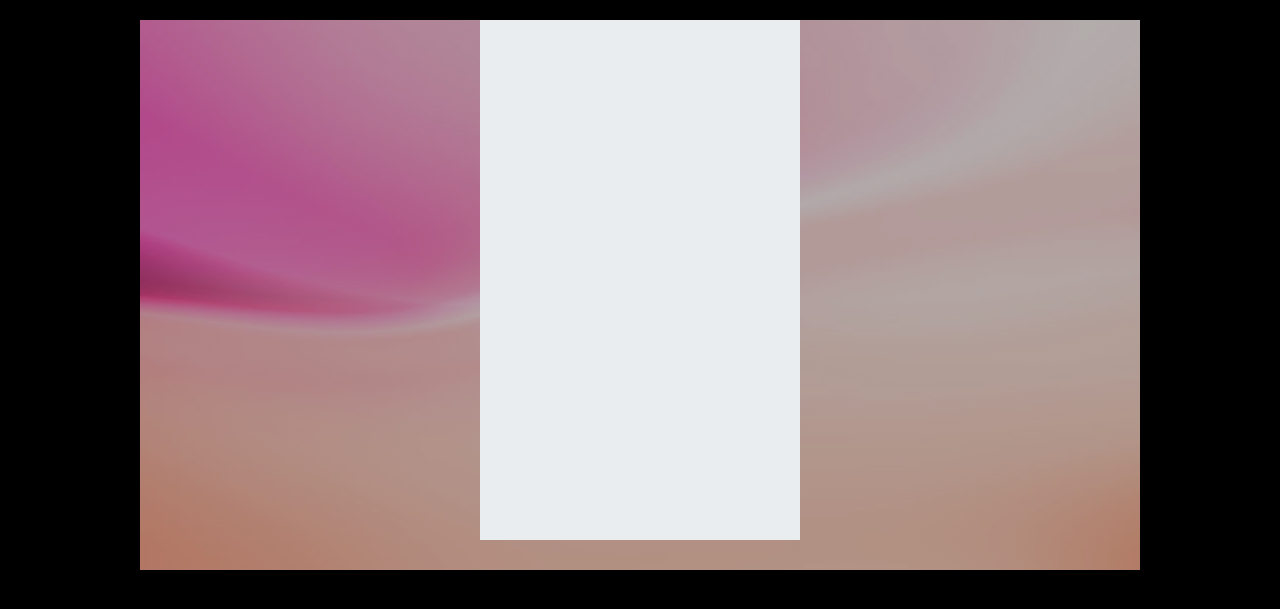
Repository: annabdev/basiccalculator
Page: index.html
An editor plug-in stored every save of this project. The page is shown before and after a run of saves, followed by the edit.
The browser window is 1280 px wide. The pictures show the whole page.

Above is the page before, as saved 2020-09-11 21:06:07.

After the next 44 saves:
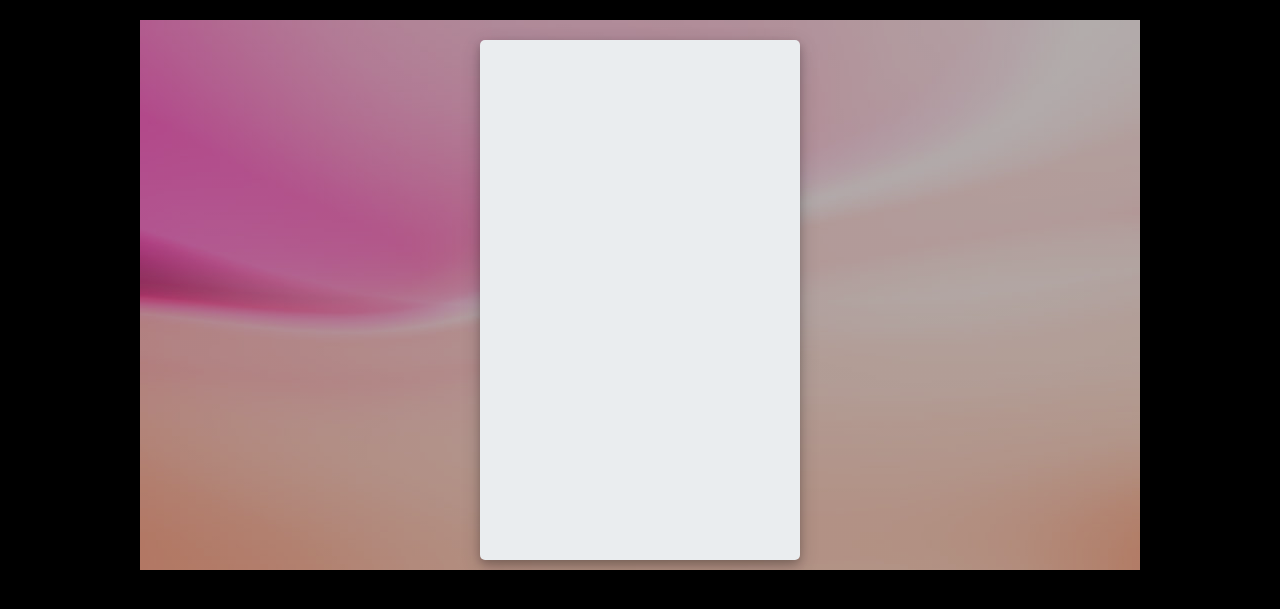
The 44 saves are shown as one change because they came seconds apart.
The last was saved 84 s later.
--- a/style.css
+++ b/style.css
@@ -13,4 +13,8 @@ body{
     height: 520px;
     background-color: #eaedef;
     margin: 0 auto;
+    top: 20px;
+    position: relative;
+    border-radius: 5px;
+    box-shadow: 0 4px 8px 0 rgba(0, 0, 0, 0.2), 0 6px 20px 0 rgba(0, 0, 0, 0.19)
 }
